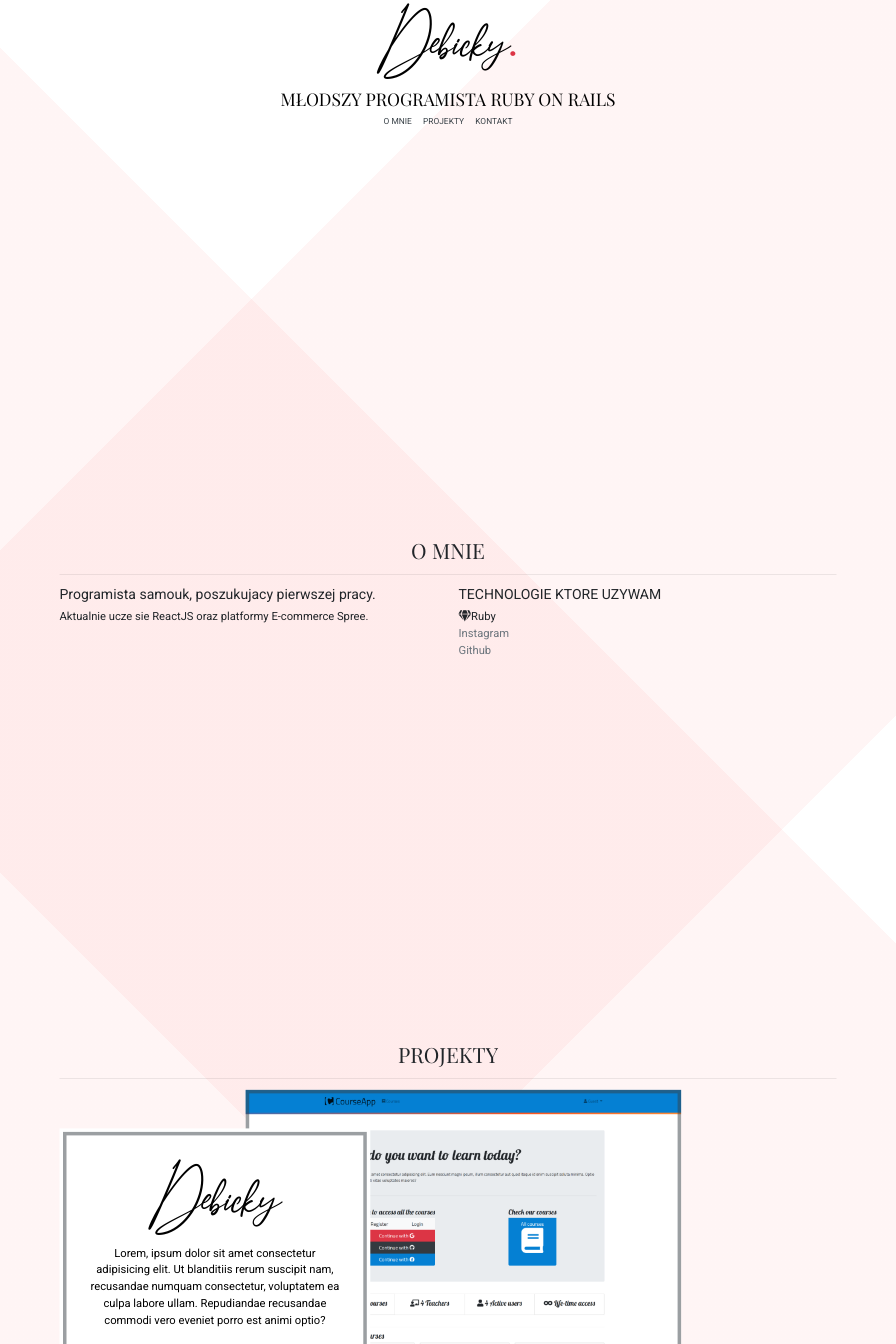
Repository: debicky/debicky.github.io
Page: index.html
These files come from the project's save history. The page is drawn as it stood at one moment and after the next save; the edit follows.
The browser window is 1280 px wide. The pictures show the part of the page from y = 0 to 1920 px (the page is 4335 px tall), at 70% of full size.
Some web libraries are served in a nearby version.

Above is the page before, as saved 2020-06-12 13:34:00.

### index.html
<!DOCTYPE html>
<html lang="en">
<head>
  <meta charset="UTF-8">
  <meta name="viewport" content="width=device-width, initial-scale=1.0">
  <title>Debicky</title>
  <link rel="stylesheet" href="https://stackpath.bootstrapcdn.com/bootstrap/4.5.0/css/bootstrap.min.css" integrity="sha384-9aIt2nRpC12Uk9gS9baDl411NQApFmC26EwAOH8WgZl5MYYxFfc+NcPb1dKGj7Sk" crossorigin="anonymous">
  <link rel="stylesheet" href="https://cdnjs.cloudflare.com/ajax/libs/font-awesome/5.11.2/css/all.min.css">
  <link rel="stylesheet" href="styles.css">
</head>
<body>


  <div class="hero">
    <header>
      <a href="index.html">
        <div class="signature">
          <h5 class="signature-heading">Debicky<span class="text-danger font-weight-bolder">.</span></h5>
          <h3 class="signature-subheading">Młodszy Programista Ruby on Rails</h3>
        </div>
      </a>
    </header>

    <div class="container">
      <nav class="navbar navbar-expand-md p-0 rounded">
        <button class="navbar-toggler" type="button" data-toggle="collapse" data-target="#navbarSupportedContent" aria-controls="navbarSupportedContent" aria-expanded="false" aria-label="Toggle navigation">
          <i class="fas fa-bars"></i>
          <i class="fas fa-times"></i>
        </button>

        <div class="collapse navbar-collapse d-md-flex justify-content-center" id="navbarSupportedContent">
          <ul class="navbar-nav">
            <li class="nav-item">
              <a class="nav-link" href="#">O mnie</a>
            </li>
            <li class="nav-item">
              <a class="nav-link" href="#">Projekty</a>
            </li>
            <li class="nav-item">
              <a class="nav-link" href="#">Kontakt</a>
            </li>
          </ul>
        </div>
      </nav>
    </div>
  </div>

  <section class="about py-5 vh-100">
    <div class="container">
      <h1 class="text-center">O mnie</h1>
      <hr>

      <div class="row">
        <div class="col-12 col-md-6 col-lg-6 mb-5 mb-md-0">
          <h5>
            Programista samouk, poszukujacy pierwszej pracy.
          </h5>
          Aktualnie ucze sie ReactJS oraz platformy E-commerce Spree.
        </div>
        <div class="col-12 col-md-6 col-lg-6 mb-5 mb-md-0">
          <h5 class="text-uppercase">Technologie ktore uzywam</h5>
            <ul class="list-unstyled mb-0">
              <li>
                <i class="fa fa-gem"></i>Ruby
              </li>
              <li>
                <a href="https://www.instagram.com/debicky" class="text-muted">Instagram</a>
              </li>
              <li>
                <a href="https://github.com/debicky" class="text-muted">Github</a>
              </li>
            </ul>
        </div>
        </div>
      </div>

    </div>
  </section>




  <section class="projects py-5">
    <div class="container">
      <h1 class="text-center">Projekty</h1>
      <hr>

      <div class="project-1">
        <div class="about-content">
          <div class="about-description">
            <div class="signature">
              <h5 class="signature-heading">Debicky</h5>
              <p>Lorem, ipsum dolor sit amet consectetur adipisicing elit. Ut blanditiis rerum suscipit nam, recusandae numquam consectetur, voluptatem ea culpa labore ullam. Repudiandae recusandae commodi vero eveniet porro est animi optio?</p>
            </div>
          </div>
          <div class="about-image">
            <a href="/images/1.jpeg">
              <img src="/images/course.png" alt="img1">
            </a>
          </div>
        </div>
      </div>
      <div class="project-1">
        <div class="about-content">
          <div class="about-description">
            <div class="signature">
              <h5 class="signature-heading">Debicky</h5>
              <p>Lorem, ipsum dolor sit amet consectetur adipisicing elit. Ut blanditiis rerum suscipit nam, recusandae numquam consectetur, voluptatem ea culpa labore ullam. Repudiandae recusandae commodi vero eveniet porro est animi optio?</p>
            </div>
          </div>
          <div class="about-image">
            <a href="/images/1.jpeg">
              <img src="/images/blog.png" alt="img1">
            </a>
          </div>
        </div>
      </div>
      <div class="project-1">
        <div class="about-content">
          <div class="about-description">
            <div class="signature">
              <h5 class="signature-heading">Debicky</h5>
              <p>Lorem, ipsum dolor sit amet consectetur adipisicing elit. Ut blanditiis rerum suscipit nam, recusandae numquam consectetur, voluptatem ea culpa labore ullam. Repudiandae recusandae commodi vero eveniet porro est animi optio?</p>
            </div>
          </div>
          <div class="about-image">
            <a href="/images/1.jpeg">
              <img src="/images/shop.png" alt="img1">
            </a>
          </div>
        </div>
      </div>

    </div>
  </section>

  <section class="contact py-5">
    <div class="container">
      <h1 class="text-center">Kontakt</h1>
      <hr>

      <div class="row">
        <div class="col-12 col-md-6 col-lg-6 mb-5 mb-md-0">
          <div class="jumbotron">
            Potrzebujesz wiecej informacji?
            Wyslij mi wiadomosc e-mail lub skontaktuj sie przez Messenger!
          </div>
        </div>
        <div class="col-12 col-md-6 col-lg-6 mb-5 mb-md-0">
          <div class="jumbotron">SECOND</div>
        </div>
      </div>
    </div>
  </section>


  <footer class="py-5">
    <div class="container">
      <div class="row">
        <div class="col-12 col-md-5 col-lg-4 mb-5 mb-md-0">
          <a href="index.html">
            <div class="signature-footer">
              <h5 class="signature-footer-heading">Debicky<span class="text-danger font-weight-bolder">.</span></h5>
              <h3 class="signature-footer-subhead">Programista Ruby on Rails</h3>
            </div>
          </a>
          <small class="d-block mt-2 text-muted">&copy; 2020</small>
        </div>
        <div class="col-12 col-md-5 col-lg-4 mb-5 mb-md-0">
          <h5 class="text-uppercase">Media</h5>
            <ul class="list-unstyled mb-0">
              <li>
                <a href="https://www.facebook.com/artur.debicki.5" class="text-muted">Facebook</a>
              </li>
              <li>
                <a href="https://www.instagram.com/debicky" class="text-muted">Instagram</a>
              </li>
              <li>
                <a href="https://github.com/debicky" class="text-muted">Github</a>
              </li>
            </ul>
        </div>
        <div class="col-12 col-md-5 col-lg-4">
          <h5 class="text-uppercase">Kontakt</h5>
            <ul class="list-unstyled mb-0">
              <li>
                <a href="mailto:arturd444@gmail.com" class="text-muted">arturd444@gmail.com</a>
              </li>
              <li>
                <p class="text-muted">+48 692 138 221</p>
              </li>
            </ul>
        </div>
      </div>
    </div>
  </footer>



  <script src="https://code.jquery.com/jquery-3.5.1.slim.min.js" integrity="sha384-DfXdz2htPH0lsSSs5nCTpuj/zy4C+OGpamoFVy38MVBnE+IbbVYUew+OrCXaRkfj" crossorigin="anonymous"></script>
  <script src="https://cdn.jsdelivr.net/npm/popper.js@1.16.0/dist/umd/popper.min.js" integrity="sha384-Q6E9RHvbIyZFJoft+2mJbHaEWldlvI9IOYy5n3zV9zzTtmI3UksdQRVvoxMfooAo" crossorigin="anonymous"></script>
  <script src="https://stackpath.bootstrapcdn.com/bootstrap/4.5.0/js/bootstrap.min.js" integrity="sha384-OgVRvuATP1z7JjHLkuOU7Xw704+h835Lr+6QL9UvYjZE3Ipu6Tp75j7Bh/kR0JKI" crossorigin="anonymous"></script>
  <script src="script.js"></script>

</body>
</html>

### styles.css
@import url('https://fonts.googleapis.com/css?family=Playfair+Display+SC|Roboto:300,400&display=swap');

@font-face {
  font-family: "AmostelySignature";
  src: url("/fonts/AmostelySignature.ttf");
  }

body, html {
  font-family: "Roboto", sans-serif;
  background-image: linear-gradient(45deg, transparent 0%, transparent 55%,rgba(255,1,1, 0.04) 55%, rgba(255,1,1, 0.04) 76%,transparent 76%, transparent 100%),linear-gradient(135deg, transparent 0%, transparent 14%,rgba(255,1,1, 0.04) 14%, rgba(255,1,1, 0.04) 41%,transparent 41%, transparent 100%),linear-gradient(45deg, transparent 0%, transparent 2%,rgba(255,1,1, 0.04) 2%, rgba(255,1,1, 0.04) 18%,transparent 18%, transparent 100%),linear-gradient(135deg, transparent 0%, transparent 61%,rgba(255,1,1, 0.04) 61%, rgba(255,1,1, 0.04) 71%,transparent 71%, transparent 100%),linear-gradient(90deg, rgb(255,255,255),rgb(255,255,255));
}

a:hover {
  text-decoration: none;;
}

/* Heading & nav  */

.hero{
  height: 100vh;

}


header{
  width: 100%;
  display: flex;
  align-items: center;
  justify-content: center;
}

.signature{
  color: black;
  text-align: center;
  user-select: none;
}


.signature-heading{
  font-family: 'AmostelySignature', cursive;
  font-size: 80px;
  margin-bottom: 30px;
}

.signature-subheading{
  font-family: 'Playfair Display SC', sans-serif;
  font-size: 25px;
  text-transform: uppercase;
  margin-bottom: 0;
}

.navbar{
  background-color: #384147;
}

.navbar-toggler i{
  color: #fff;
  font-size: 25px;
}

.navbar-toggler .fa-times{
  display: none;
}

.navbar-toggler.menu-open  .fa-bars{
  display: none;
}

.navbar-toggler.menu-open  .fa-times{
  display: block;
}

.navbar-nav{
  padding: 20px;
}

.nav-link{
  color: #fff;
  text-transform: uppercase;
  transition: opacity .5s;
  font-size: 12px;
}

.nav-link:hover{
  color: maroon;
}

/* About */


.about-content{

}

.about-description{
  width: 100%;
  background-color: #fff;
  padding: 40px;
  outline: 5px solid rgba(56, 65, 71, 0.5);
  outline-offset: -5px;
  order: 1;
  margin-top: 5px;
}

.about-image{
  order: 2;
}

.about-image img{
  outline: 5px solid rgba(56, 65, 71, 0.5);
  outline-offset: -5px;
  width: 100%;
  height: auto;
  display: block;
}

.about-image a::after{
  font-family: 'Font Awesome 5 Free';
  content: "\f35d";
  font-weight: 600;
  position: absolute;
  top: 50%;
  left: 50%;
  transform: translate(-50%, -50%);
  color: maroon;
  font-size: 25px;
  z-index: 101;
  width: 70px;
  height: 70px;
  border: 3px solid maroon;
  border-radius: 100%;
  display: flex;
  align-items: center;
  justify-content: center;
  opacity: 0;
  transition: opacity .5s;
}

.about-image a:hover::after{
  opacity: .7;
}


/* Projects */

section h1{
  font-family: 'Playfair Display SC', sans-serif;
  font-size: 30px;
  text-transform: uppercase;
}


/* Contact */

.contact{
  height: 80vh;
}


.jumbotron{
  width: 100%;
  display: flex;
  align-items: center;
  justify-content: center;
}

/* Footer */


footer {
  background-color: #151515;
  color: #fff;
}

.signature-footer-heading{
  font-family: 'AmostelySignature', cursive;
  font-size: 50px;
  margin-bottom: 30px;
  color: #fff;
}

.signature-footer-subhead{
  font-family: 'Playfair Display SC', sans-serif;
  font-size: 12px;
  text-transform: uppercase;
  color: #fff;
}

footer h5{
  font-family: 'Playfair Display SC', sans-serif;

}


a.text-muted:hover{
  color: maroon !important;
}


/* Responsive */

@media screen and (min-width: 768px) {
  .navbar{
    background-color: transparent;
  }
  .navbar-nav{
    padding: 0;
  }
  .nav-link{
    color: #384147;
  }

  nav:hover .nav-link:not(:hover){
    opacity: .5;
  }

  .about-content{
    position: relative;
    display: block;
  }

  .about-description{
    position: absolute;
    top: 80%;
    transform: translateY(-50%);
    width: 60%;
    outline-offset: -10px;
  }

  .about-image img{
    width: 70%;
    margin-left: auto;
  }
}

@media screen and (min-width: 1200px) {
  .about-description{
    top: 50%;
    width: 40%;
  }

  .about-image{
    width: 80%;
  }


}

.project-1{
  margin-bottom: 200px;
}

### script.js
$('.navbar-toggler').on('click', function () {
  $(this).toggleClass('menu-open')
})

After the next save:
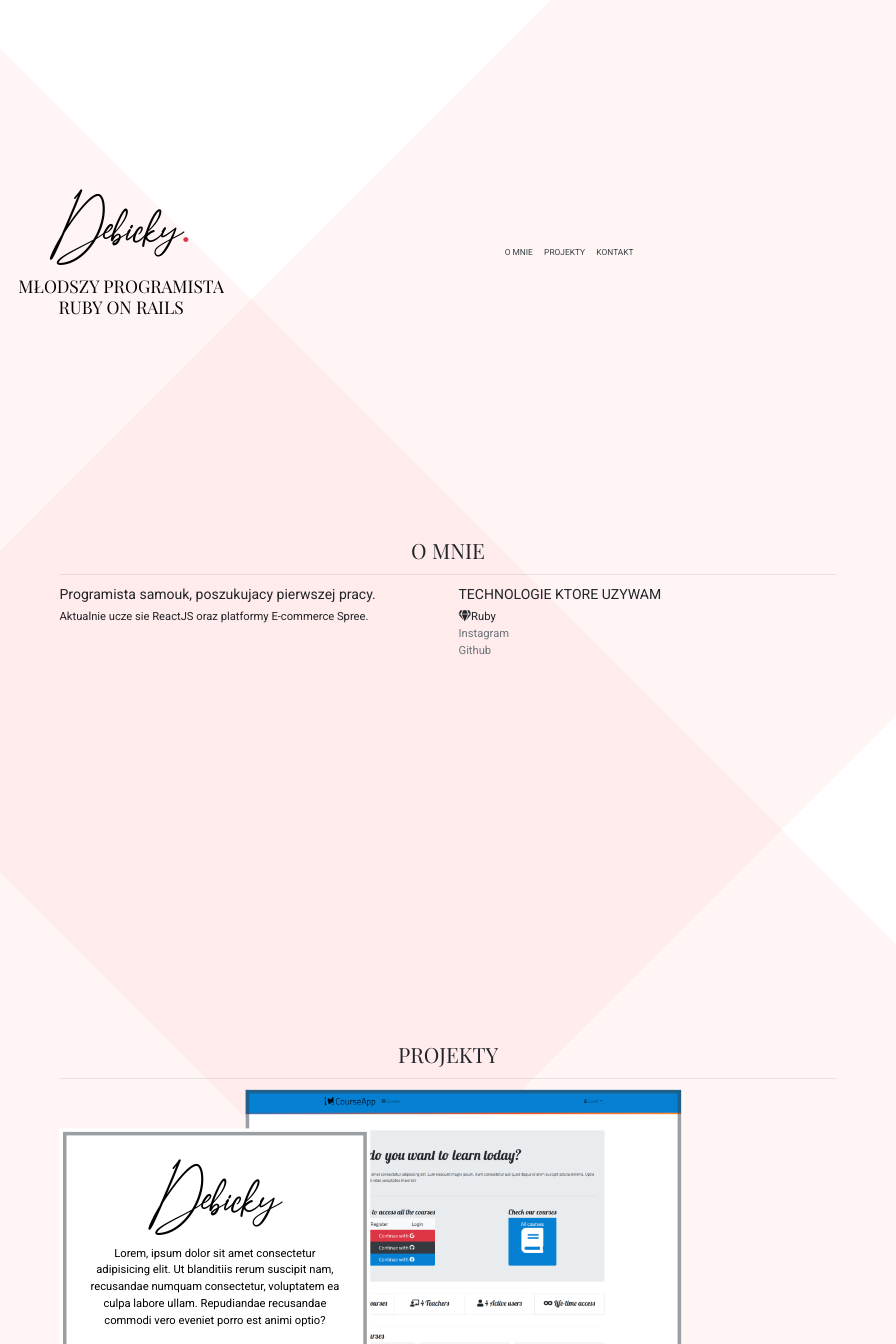
Saved 11 s later.
--- a/styles.css
+++ b/styles.css
@@ -18,15 +18,15 @@ a:hover {
 
 .hero{
   height: 100vh;
-
-}
-
-
-header{
   width: 100%;
   display: flex;
   align-items: center;
   justify-content: center;
+
+}
+
+
+header{
 }
 
 .signature{
